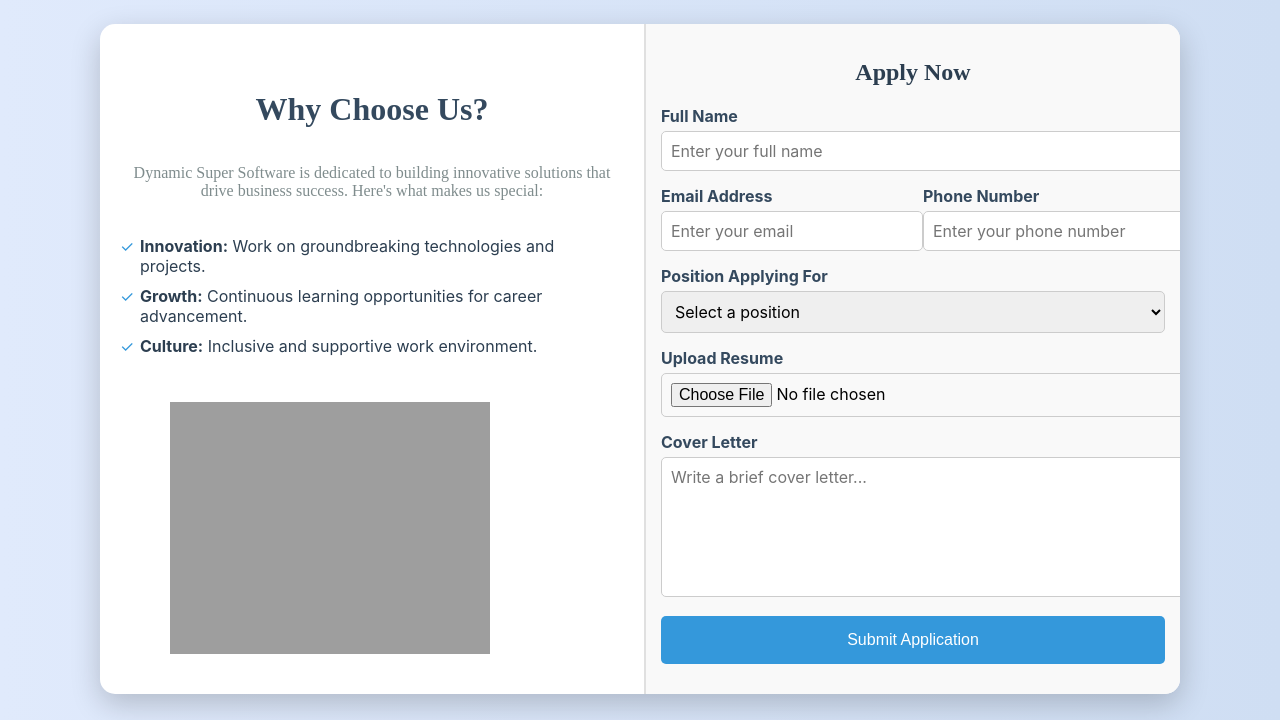
Repository: abhibkop27/CIMDR
Page: src/interview_form.html
The author's editor kept a copy of each file at every save. The page is drawn from the files as they stood at one save, then again after the next save.
The browser window is 1280 px wide. The pictures show the whole page.
Pictures or frames that could not be fetched are drawn as grey boxes.

Above is the page before, as saved 2025-01-20 15:46:07.

After the next save:
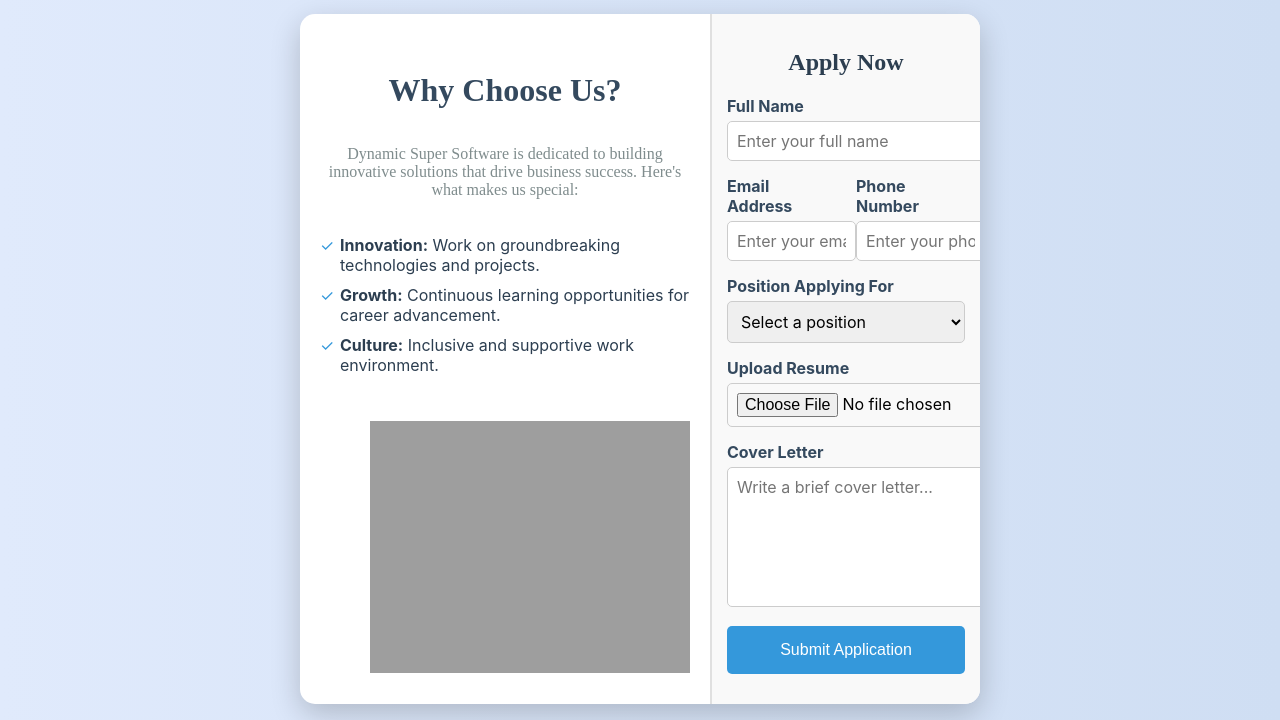
Saved 18 s later.
--- a/src/interview.css
+++ b/src/interview.css
@@ -31,7 +31,7 @@ body{
 
 .career-page {
     background: #ffffff;
-    width: calc(100vw - 200px);
+    width: calc(100vw - 600px);
     /* max-width: 1100px; */
     border-radius: 15px;
     overflow: hidden;
